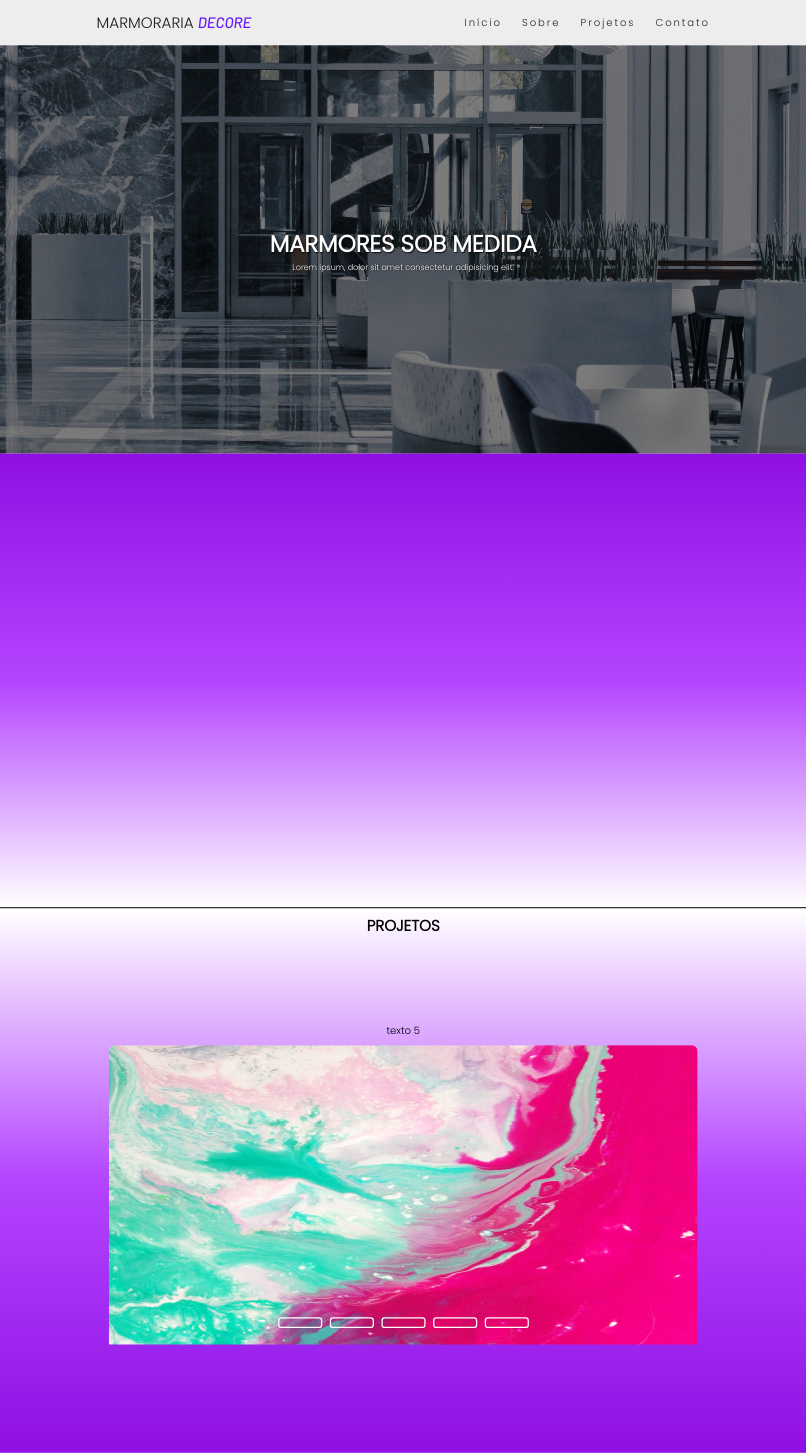
Repository: XFERRER7/projeto-xt7
Page: projetoMarmoraria/index.html
These files come from the project's save history. The page is drawn as it stood at one moment and after the next save; the edit follows.
The browser window is 1280 px wide. The pictures show the whole page, at 63% of full size.
After loading, the first visible `#lbl5` was clicked once.

Above is the page before, as saved 2022-04-21 17:07:25.

### projetoMarmoraria/index.html
<!DOCTYPE html>
<html lang="pt-br">

<head>
  <meta charset="UTF-8">
  <meta http-equiv="X-UA-Compatible" content="IE=edge">
  <meta name="viewport" content="width=device-width, initial-scale=1.0">
  <title>Marmoraria Decore</title>
  <link rel="stylesheet" href="css/style.css">

</head>

<body>
  <header>
    <nav>
      <a class="logo" href="#">MARMORARIA <span id="decore">DECORE</span></a>
      <div class="mobile-menu">
        <div class="line1"></div>
        <div class="line2"></div>
        <div class="line3"></div>
      </div>
      <ul class="nav-list">
        <li><a href="#">Início</a></li>
        <li><a href="#">Sobre</a></li>
        <li><a href="#">Projetos</a></li>
        <li><a href="#">Contato</a></li>
      </ul>
    </nav>
    <div class="hero-section">
      <div class="hero-section-text">
        <h1 id="titulo-header">MARMORES SOB MEDIDA</h1>
        <p id="paragrafo-header">Lorem ipsum, dolor sit amet consectetur adipisicing elit.</p>
      </div>
    </div>
  </header>
  <main>
    <section class="section-b">

    </section>

    <div id="divisa"></div>

    <section class="section-a">
      <h1 id="section-a-h1">PROJETOS</h1>
      <div class="content">
        <p class="desc" id="descricao">Lorem ipsum dolor sit amet consectetur adipisicing elit. Consequuntur cupiditate quo nostrum asperiores enim voluptatem minima a iste! Reprehenderit libero ut ex officiis fugit, tempore optio qui! Quibusdam at ipsum eaque fugiat dicta ea commodi!</p>
        <div class="slides">
          <input type="radio" name="slide" id="slide1" checked>
          <input type="radio" name="slide" id="slide2">
          <input type="radio" name="slide" id="slide3">
          <input type="radio" name="slide" id="slide4">
          <input type="radio" name="slide" id="slide5">
          <div class="slide s1">
            <img src="./img/2.jpg" alt="img-1">
          </div>
          <div class="slide">
            <img src="./img/1.jpg" alt="img-2">
          </div>
          <div class="slide">
            <img src="./img/3.jpg" alt="img-3">
          </div>
          <div class="slide">
            <img src="./img/4.jpg" alt="img-4">
          </div>
          <div class="slide">
            <img src="./img/5.jpg" alt="img-5">
          </div>
        </div>
        <div class="navigation">
          <!-- Aqui ficará os labels para selecionar os inputs das imagens-->
          <label class="bar" id="lbl1" for="slide1" onclick="mudarTextoLbl1()"></label>
          <label class="bar" id="lbl2" for="slide2" onclick="mudarTextoLbl2()"></label>
          <label class="bar" id="lbl3" for="slide3" onclick="mudarTextoLbl3()"></label>
          <label class="bar" id="lbl4" for="slide4" onclick="mudarTextoLbl4()"></label>
          <label class="bar" id="lbl5" for="slide5" onclick="mudarTextoLbl5()"></label>
        </div>
      </div>
    </section>

  </main>




  <script src="js/menu-bar.js"></script>
  <script src="js/changeText.js"></script>

  <footer>

  </footer>
</body>

</html>

### projetoMarmoraria/css/style.css
@import url('https://fonts.googleapis.com/css2?family=Poppins:ital,wght@0,300;1,100&display=swap');
@import url('https://fonts.googleapis.com/css2?family=Barlow:ital,wght@1,500&display=swap');
* {
    margin: 0;
    padding: 0;
    box-sizing: border-box;
    font-family: 'Poppins', sans-serif;
}

::-webkit-scrollbar {
  width: 15px;
}

::-webkit-scrollbar-track {
  background: #ffffff;

}

::-webkit-scrollbar-thumb {
  background: rgb(154, 2, 255);
  border-radius: 3px;
}

/*----------------------------------MENU-BAR----------------------------------*/
a {
  color: rgb(37, 37, 37);
  text-decoration: none;
  transition: 0.8s;
}

a:hover {
  color: blue;
  opacity: 0.7;
}

.logo {
  font-size: 1.5em;
  text-transform: uppercase;
  color: rgb(26, 26, 26);
}

#decore {
  font-family: 'Barlow', sans-serif;
  color: #6817ff;
}

nav {
  display: flex;
  justify-content: space-around;
  align-items: center;
  font-family: 'Poppins', sans-serif;
  background: #ededed;
  height: 10vh;
}


.nav-list {
  list-style: none;
  display: flex;
}

.nav-list li {
  letter-spacing: 3px;
  margin-left: 32px;
}

.mobile-menu {
  display: none;
  cursor: pointer;
}

.mobile-menu div {
  width: 32px;
  height: 2px;
  background: rgb(20, 24, 255);
  margin: 8px;
  transition: 0.3s;
}

@media (max-width: 999px) {
  body {
    overflow-x: hidden;
  }

  .logo {
    font-size: 1.8rem;
  }

  .nav-list {
    overflow-x: hidden;
    position: fixed;
    top: 10vh;
    right: 0;
    width: 50vw;
    height: 40vh;
    background: #ededed;
    flex-direction: column;
    align-items: center;
    justify-content: space-around;
    transform: translateX(100%);
    transition: transform 0.3s ease-in;
  }
  .nav-list li {
    margin-left: 0;
    opacity: 0;
  }
  .mobile-menu {
    display: block;
  }
}

.nav-list.active {
  transform: translateX(0);
}

@keyframes navLinkFade {
  from {
    opacity: 0;
    transform: translateX(50px);
  }
  to {
    opacity: 1;
    transform: translateX(0);
  }
}

.mobile-menu.active .line1 {
  transform: rotate(-45deg) translate(-8px, 8px);
}

.mobile-menu.active .line2 {
  opacity: 0;
}

.mobile-menu.active .line3 {
  transform: rotate(45deg) translate(-5px, -7px);
}

/*------------------------------IMAGEM DO HEADER------------------------------*/
.hero-section {
  background-image: linear-gradient(to bottom, rgba(0, 0, 0, 0.516),rgba(0, 0, 0, 0.516)), url(../img/img-header.jpg);
  background-position: 50%;
  background-repeat: no-repeat;
  background-size: cover;
  height: 90vh;
  text-align: center;
  display: -webkit-flex;
  display: -ms-flexbox;
  display: flex;
  -webkit-align-items: center;
      -ms-flex-align: center;
          align-items: center;
  -webkit-justify-content: center;
      -ms-flex-pack: center;
          justify-content: center;
}

#titulo-header {
  font-size: 2.3rem;
}

#paragrafo-header {
  font-size: 0.8rem;
}

.hero-section .hero-section-text {
  color: #fefefe;
  text-shadow: 1px 1px 2px #0a0a0a;
}


main {
  margin: 0;
  padding: 0;
  height: 150vh;
  width: 100%;
  position: absolute;
}

/*------------------------------------Sobre------------------------------------*/



















/*------------------------------Slider de imagens------------------------------*/

.section-a {
  height: 120vh;
  background-image: linear-gradient(to bottom, #fff, rgb(180, 68, 255), rgb(142, 16, 226));
  position: relative;
}

#section-a-h1 {
  text-align: center;
  padding-top: 10px;
}

.content {
  height: 520px;
  width: 935px;
  overflow: hidden;
  position: absolute;
  top: 50%;
  left: 50%;
  transform: translate(-50%, -50%);
}

.desc {
  text-align: center;
  padding: 10px;
}

.navigation {
  position: absolute;
  bottom: 20px;
  left: 50%;
  transform: translate(-50%);
  display: flex;
}

.bar {
  width: 70px;
  height: 17px;
  border: 2px solid rgb(255, 255, 255);
  margin: 6px;
  border-radius: 5px;
  cursor: pointer;
  transition: .4s;
}

.bar:hover {
  background: #fff;
}

input {
  display: none;
}

.slides {
  display: flex;
  width: 500%;
  height: 100%;
}

.slide {
  width: 20%;
  transition: .6s;
}

.slide img {
  width: 100%;
  height: 100%;
  border-radius: 10px;
}

#slide1:checked ~ .s1 {
  margin-left: 0;
}

#slide2:checked ~ .s1 {
  margin-left: -20%;
}

#slide3:checked ~ .s1 {
  margin-left: -40%;
}

#slide4:checked ~ .s1 {
  margin-left: -60%;
}

#slide5:checked ~ .s1 {
  margin-left: -80%;
}

@media (max-width: 999px) {

  .content {
    margin-top: -350px;
    width: 100%;

  }



}

#divisa {
  height: 2px;
  background-color: #000000;
}

.section-b {
  height: 100vh;
  background-image: linear-gradient(to top, #fff, rgb(180, 68, 255), rgb(142, 16, 226));
}

### projetoMarmoraria/js/menu-bar.js
class MobileNavbar {
  constructor(mobileMenu, navList, navLinks) {
    this.mobileMenu = document.querySelector(mobileMenu);
    this.navList = document.querySelector(navList);
    this.navLinks = document.querySelectorAll(navLinks);
    this.activeClass = "active";

    this.handleClick = this.handleClick.bind(this);
  }

  animateLinks() {
    this.navLinks.forEach((link, index) => {
      link.style.animation
        ? (link.style.animation = "")
        : (link.style.animation = `navLinkFade 0.5s ease forwards ${
            index / 7 + 0.3
          }s`);
    });
  }

  handleClick() {
    this.navList.classList.toggle(this.activeClass);
    this.mobileMenu.classList.toggle(this.activeClass);
    this.animateLinks();
  }

  addClickEvent() {
    this.mobileMenu.addEventListener("click", this.handleClick);
  }

  init() {
    if (this.mobileMenu) {
      this.addClickEvent();
    }
    return this;
  }
}

const mobileNavbar = new MobileNavbar(
  ".mobile-menu",
  ".nav-list",
  ".nav-list li",
);
mobileNavbar.init();

### projetoMarmoraria/js/changeText.js
function mudarTextoLbl1() {
  document.getElementById('descricao').textContent = "Lorem ipsum dolor sit amet consectetur adipisicing elit. Hic, nisi exercitationem harum officia facilis nihil vitae eligendi provident architecto quis quod unde quas incidunt assumenda corporis iste repudiandae esse voluptatibus?";
}
function mudarTextoLbl2() {
  document.getElementById('descricao').textContent = "Lorem ipsum dolor sit, amet consectetur adipisicing elit. Sapiente distinctio ipsa incidunt non exercitationem laboriosam animi id accusamus placeat, commodi, veniam rerum ut! Fugiat tenetur unde nihil minima fuga veniam odio nulla pariatur eum reiciendis.";
}
function mudarTextoLbl3() {
  document.getElementById('descricao').textContent = "Lorem ipsum dolor sit amet consectetur adipisicing elit. Quas nisi saepe nobis? Maxime blanditiis illo animi tempora maiores expedita qui eum, iusto, ratione odit quia repellendus delectus voluptate nobis nam tenetur, officiis magnam quisquam fugiat dicta nisi id natus. Magnam.";
}
function mudarTextoLbl4() {
  document.getElementById('descricao').textContent = "Lorem ipsum dolor sit amet, consectetur adipisicing elit. Quos eius dolor libero iste impedit nesciunt animi totam corporis id quod.";
}
function mudarTextoLbl5() {
  document.getElementById('descricao').textContent = "texto 5";
}

After the next save:
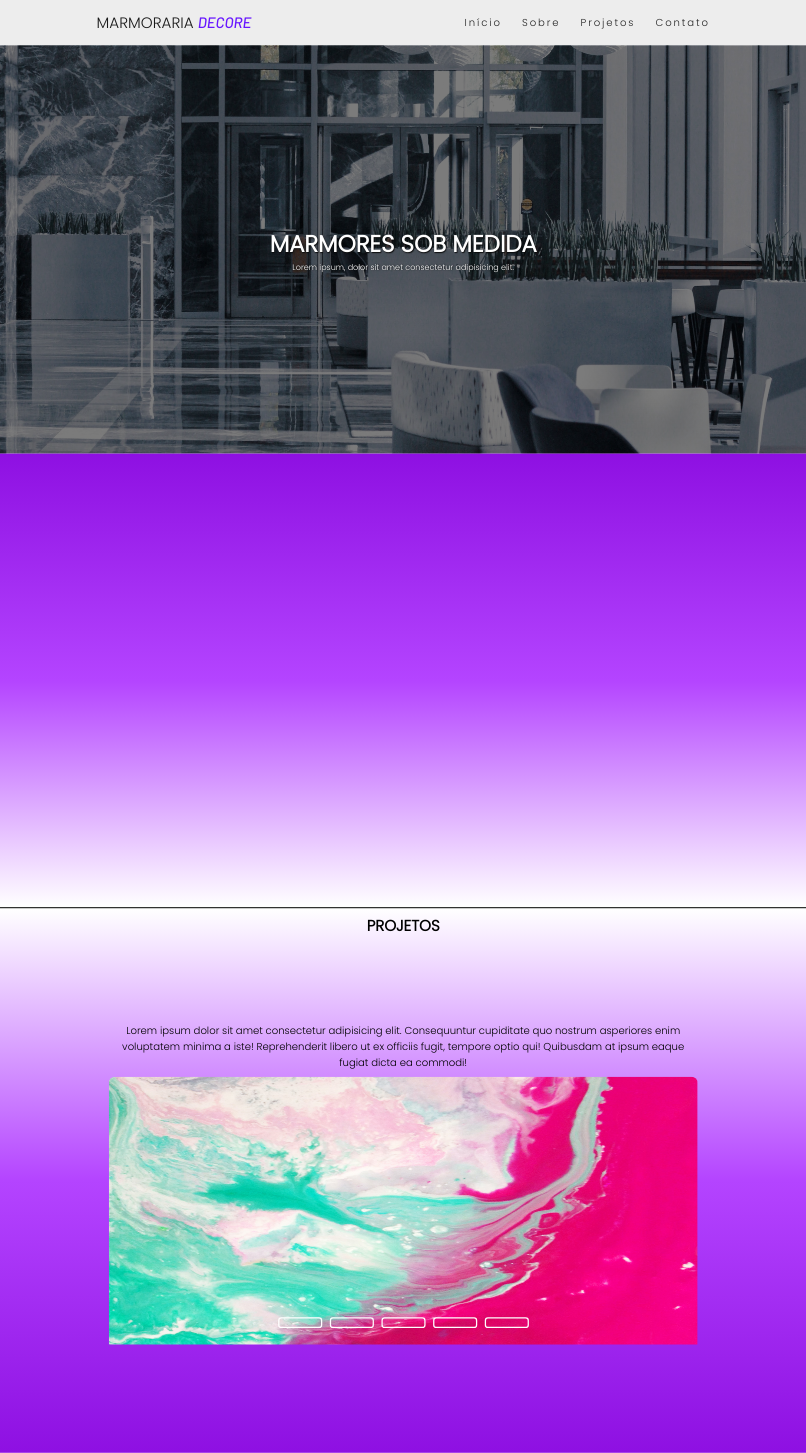
Console error: SyntaxError: Invalid or unexpected token
Saved 6 s later.
--- a/projetoMarmoraria/js/changeText.js
+++ b/projetoMarmoraria/js/changeText.js
@@ -11,5 +11,6 @@
   document.getElementById('descricao').textContent = "Lorem ipsum dolor sit amet, consectetur adipisicing elit. Quos eius dolor libero iste impedit nesciunt animi totam corporis id quod.";
 }
 function mudarTextoLbl5() {
-  document.getElementById('descricao').textContent = "texto 5";
+  document.getElementById('descricao').textContent = "Lorem ipsum dolor sit amet, consectetur adipisicing elit. Obcaecati nulla quos quia? Consectetur laudantium illum asperiores excepturi. Itaque ab, rem tempore ullam, fugit aspernatur est alias quaerat expedita nulla, unde recusandae dolore quidem reiciendis atque?
+  ";
 }

After the save that followed:
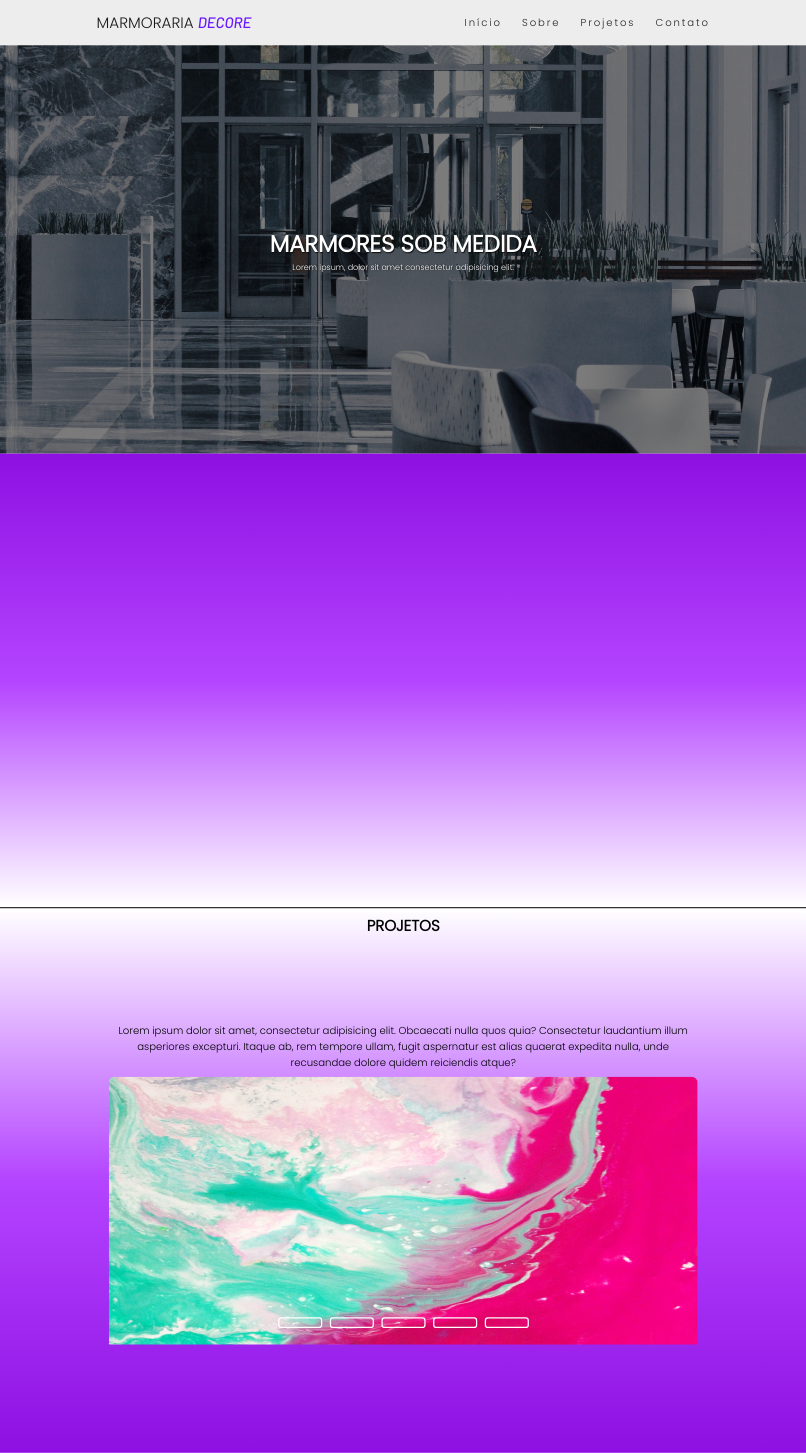
The error is gone.
Saved 2 s later.
--- a/projetoMarmoraria/js/changeText.js
+++ b/projetoMarmoraria/js/changeText.js
@@ -11,6 +11,5 @@
   document.getElementById('descricao').textContent = "Lorem ipsum dolor sit amet, consectetur adipisicing elit. Quos eius dolor libero iste impedit nesciunt animi totam corporis id quod.";
 }
 function mudarTextoLbl5() {
-  document.getElementById('descricao').textContent = "Lorem ipsum dolor sit amet, consectetur adipisicing elit. Obcaecati nulla quos quia? Consectetur laudantium illum asperiores excepturi. Itaque ab, rem tempore ullam, fugit aspernatur est alias quaerat expedita nulla, unde recusandae dolore quidem reiciendis atque?
-  ";
+  document.getElementById('descricao').textContent = "Lorem ipsum dolor sit amet, consectetur adipisicing elit. Obcaecati nulla quos quia? Consectetur laudantium illum asperiores excepturi. Itaque ab, rem tempore ullam, fugit aspernatur est alias quaerat expedita nulla, unde recusandae dolore quidem reiciendis atque?";
 }
